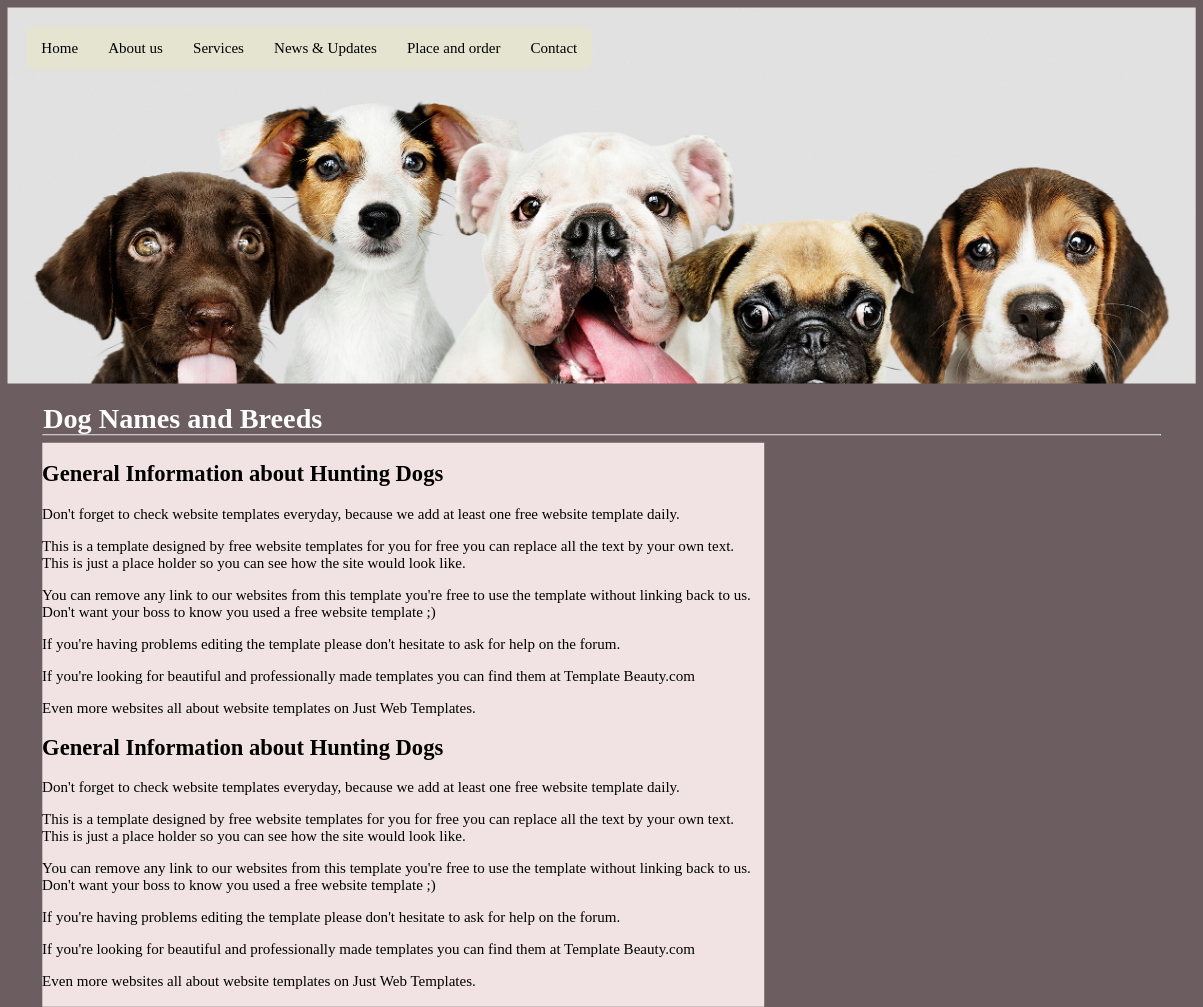
Repository: Tayma-Kazmouz/labwork
Page: index.html
An editor plug-in stored every save of this project. The page is shown before and after the next save, followed by the edit.
The browser window is 1280 px wide. The pictures show the whole page, at 94% of full size.

Above is the page before, as saved 2022-04-04 16:50:13.

### index.html
<!DOCTYPE html>
<html lang="en">
<head>
    <meta charset="UTF-8">
    <meta http-equiv="X-UA-Compatible" content="IE=edge">
    <meta name="viewport" content="width=device-width, initial-scale=1.0">
    <title>LabWork1</title>
    <link rel="stylesheet" href="styles.css">
</head>
<body>
    <div class="banner">
          <div class="nav">
            <ul>
                <li><a class="active" href="#">Home</a></li>
                <li><a href="#">About us</a></li>
                <li><a href="#">Services</a></li>
                <li><a href="#">News & Updates</a></li>
                <li><a href="#">Place and order</a></li>
                <li><a href="#">Contact</a></li>
            </ul>
        </div>
      </div>
      <h1>Dog Names and Breeds</h1>
      <hr style="margin-top: 0px; width: 94%; border-top: 0.5px;">
      <div class="container-one">

          <h2>General Information about Hunting Dogs</h2>
          <p>Don't forget to check website templates everyday, because we add at least one free website template daily.</p>
          <p>This is a template designed by free website templates for you for free you can replace all the text by your own text. This is just a place holder so you can see how the site would look like.</p>
          <p>You can remove any link to our websites from this template you're free to use the template without linking back to us. Don't want your boss to know you used a free website template ;)</p>
          <p>If you're having problems editing the template please don't hesitate to ask for help on the forum.</p>
          <p>If you're looking for beautiful and professionally made templates you can find them at Template Beauty.com</p>
          <p>Even more websites all about website templates on Just Web Templates.</p>

          <h2>General Information about Hunting Dogs</h2>
          <p>Don't forget to check website templates everyday, because we add at least one free website template daily.</p>
          <p>This is a template designed by free website templates for you for free you can replace all the text by your own text. This is just a place holder so you can see how the site would look like.</p>
          <p>You can remove any link to our websites from this template you're free to use the template without linking back to us. Don't want your boss to know you used a free website template ;)</p>
          <p>If you're having problems editing the template please don't hesitate to ask for help on the forum.</p>
          <p>If you're looking for beautiful and professionally made templates you can find them at Template Beauty.com</p>
          <p>Even more websites all about website templates on Just Web Templates.</p>
      </div>
</body>
</html>

### styles.css
body{
    background-color: rgb(107, 93, 96);
}

.banner{
    background-image: url(images/banner.jpg);
    height: 400px;
    position: relative;
    background-position: center;
    background-repeat: no-repeat;
    background-size: cover;
}

.nav{
    background-color: rgb(228, 228, 208);
    border-radius: 10px;
    width: auto;
    position: absolute;
    margin: 20px;
}
ul {
    list-style-type: none;
    margin: 0;
    padding: 0;
    overflow: hidden;
  }

  li {
    float: left;
  }

  li a {
    display: block;
    color: black;
    text-align: center;
    padding: 14px 16px;
    text-decoration: none;
  }

h1{
    color: white;
    font-weight: 600px;
    font-size: 30px;
    margin-bottom: 0;
    margin-left: 3%;
}

.container-one{
    background-color: rgb(241, 227, 227);
    position: absolute;
    left: 3.5%;
    width: 60%;
    height: 600px;
}

After the next save:
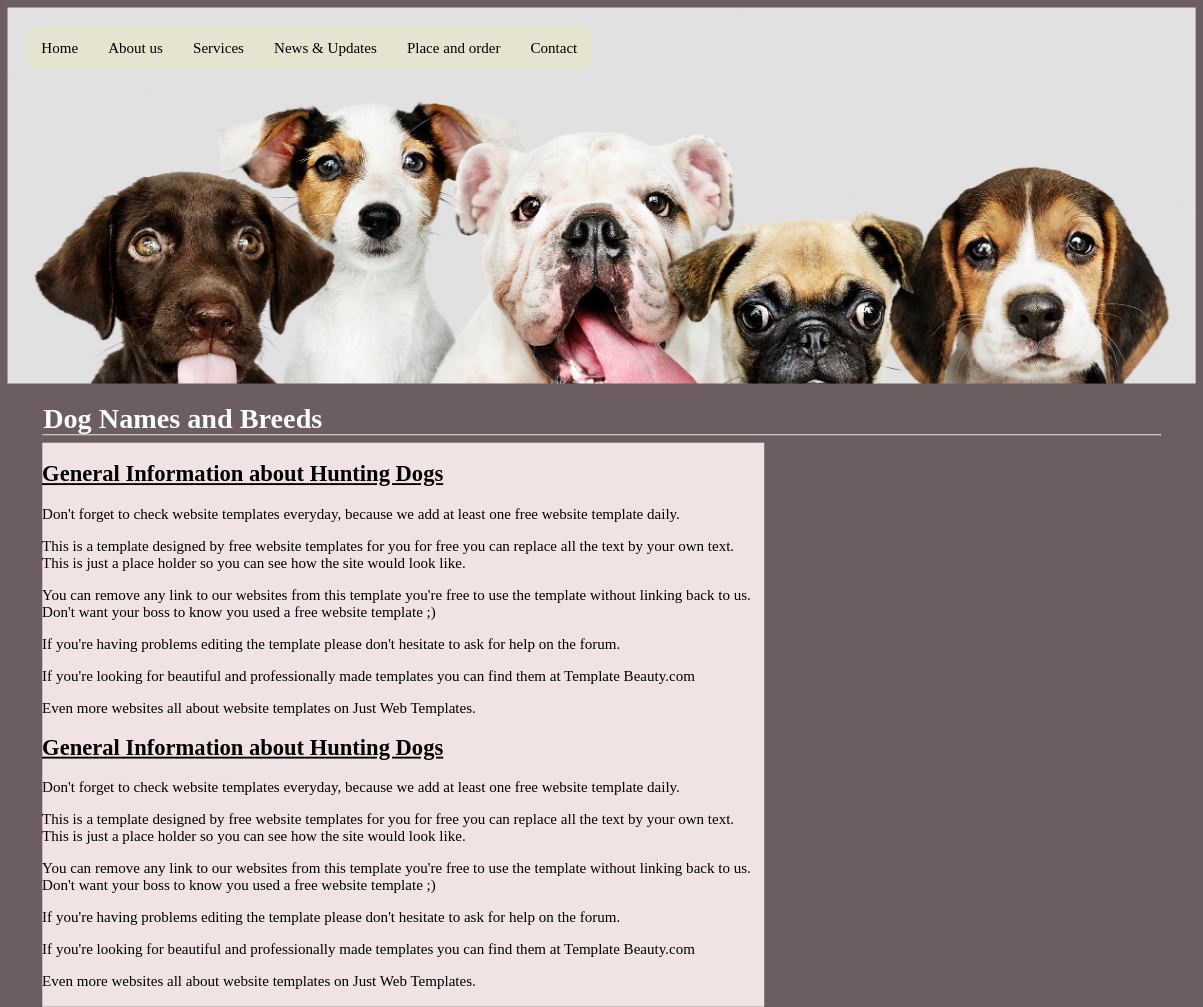
Saved 26 s later.
--- a/styles.css
+++ b/styles.css
@@ -52,3 +52,7 @@ h1{
     width: 60%;
     height: 600px;
 }
+
+h2{
+    text-decoration: underline;
+}
